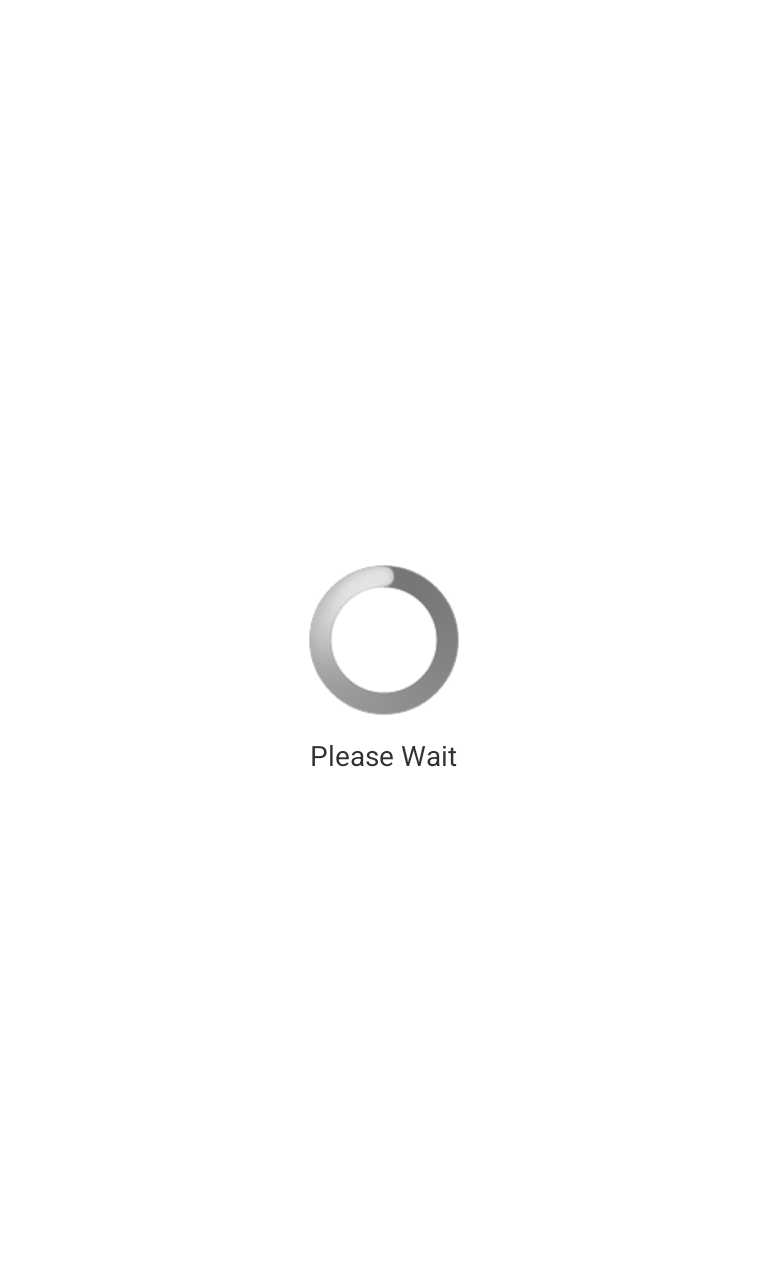
Repository: galihandy/chessboard
Layout: ArsenalIndonesia/res/layout/multiview.xml
An editor plug-in stored every save of this project. The layout is shown before and after a run of saves, followed by the edit.
It is drawn on a 768 x 1280 px phone screen (xhdpi) without system bars, with theme android:Theme.Light.NoTitleBar; the app's code is not run. Lists and similar views that code fills are empty.

Above is the layout before, as saved 2013-02-16 04:23:46.

After the next 2 saves:
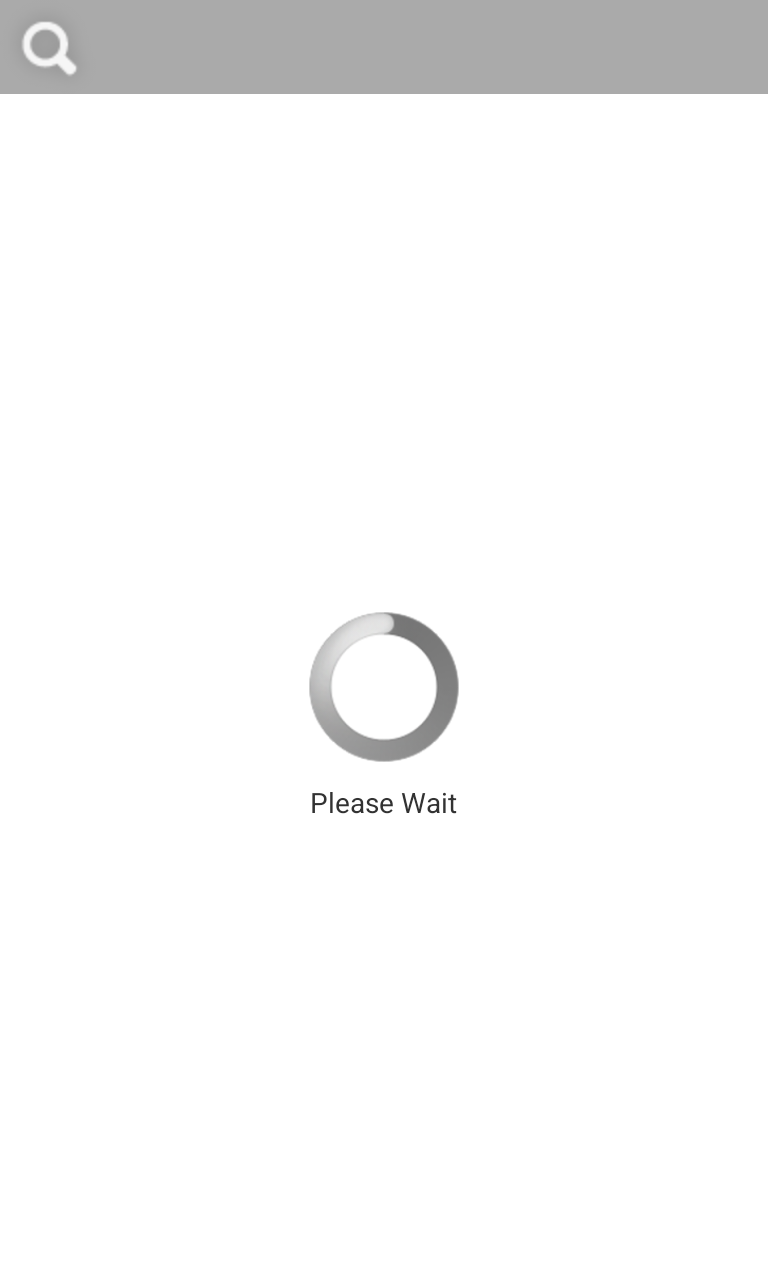
The 2 saves are shown as one change because they came seconds apart.
The last was saved 106 s later.
--- a/ArsenalIndonesia/res/layout/multiview.xml
+++ b/ArsenalIndonesia/res/layout/multiview.xml
@@ -10,6 +10,11 @@
         android:layout_width="match_parent"
         android:layout_height="wrap_content"
         android:background="@android:color/darker_gray" >
+
+        <ImageView
+            android:layout_width="wrap_content"
+            android:layout_height="wrap_content"
+            android:src="@drawable/icon_search" />
     </RelativeLayout>
 
     <RelativeLayout
